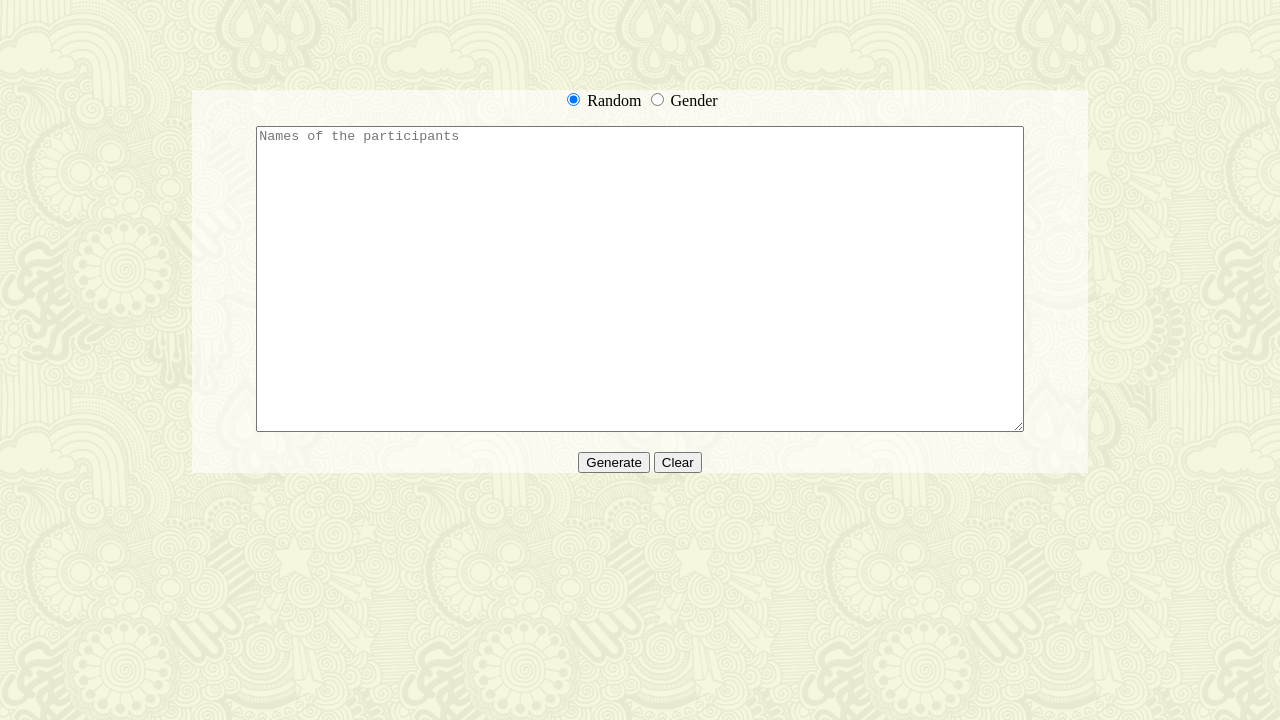
Repository: Maxenboy/Computer-Engineering-BA-A-Web-Programming-with-HTML5-CSS3-and-JavaScript-DT146G
Page: Mittuniversitet/TeamGenerator/index.html
An editor plug-in stored every save of this project. The page is shown before and after the next save, followed by the edit.
The browser window is 1280 px wide. The pictures show the whole page.
Backgrounds fixed to the window are drawn as part of the page.

Above is the page before, as saved 2014-09-22 17:46:34.
Console error: ReferenceError: init is not defined

After the next save:
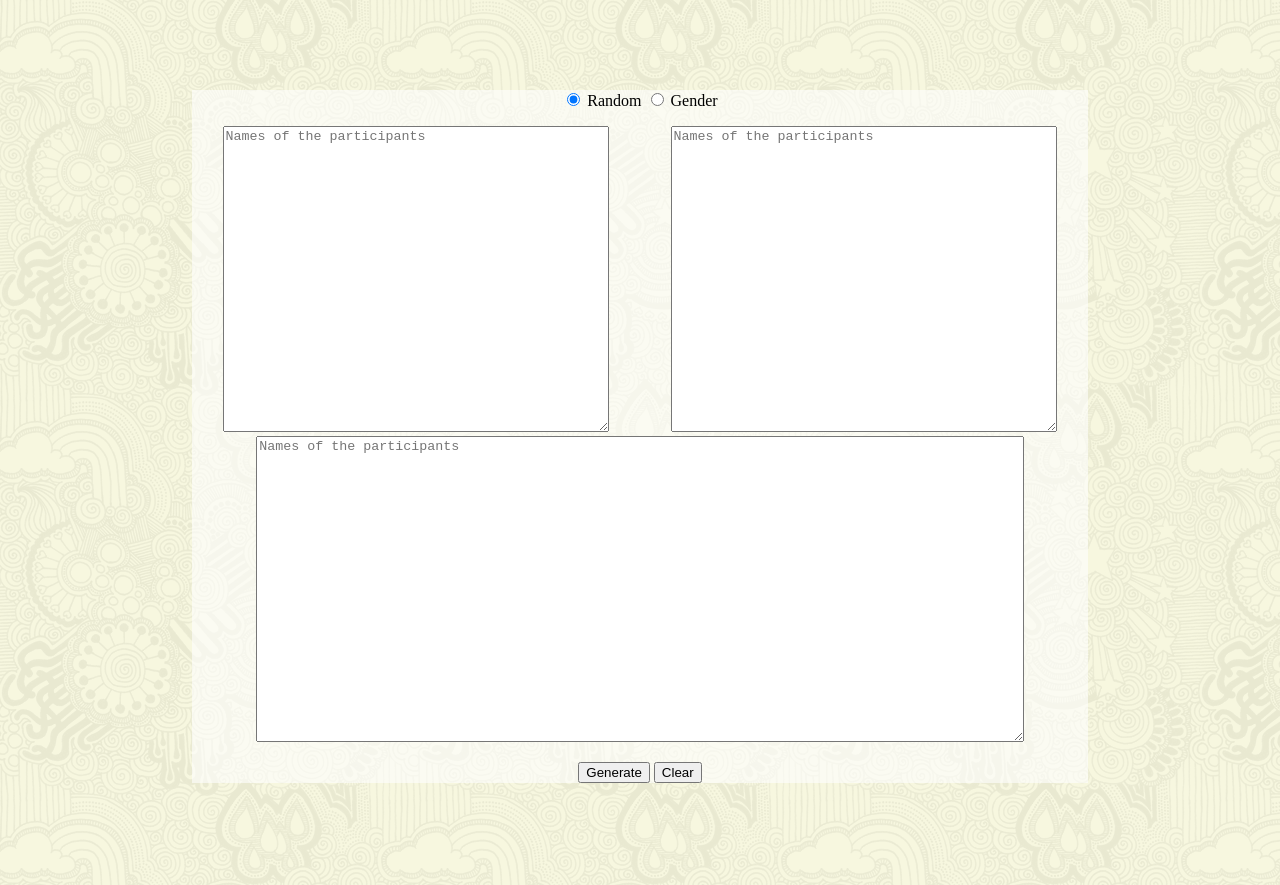
Saved 7 min 31 s later.
--- a/Mittuniversitet/TeamGenerator/index.html
+++ b/Mittuniversitet/TeamGenerator/index.html
@@ -16,12 +16,12 @@
 		<section>
 			<form >
 				<p>
-					<input type="radio" value="random" name="foo" id="random" checked>
+					<input type="radio" value="random" name="foo" id="random" checked onclick="hide(random)">
 					Random
-					<input type="radio" value="random" name="foo" id="gender">
+					<input type="radio" value="random" name="foo" id="gender" onclick="hide(gender)">
 					Gender
 				</p>
-				<div id="wrapper" class="hidden">
+				<div id="wrapper">
 					<div >
 					<textarea cols="5" rows="20" wrap="physical" id="men" placeholder="Names of the participants" ></textarea>
 					</div>
@@ -29,7 +29,7 @@
 					<textarea cols="5" rows="20" wrap="physical" id="women" placeholder="Names of the participants" ></textarea>
 					</div>
 				</div>
-				<div id="wrapper1" >
+				<div id="wrapper1">
 					<div >
 					<textarea cols="5" rows="20" wrap="physical" id="randomnames" placeholder="Names of the participants" ></textarea>
 					</div>
